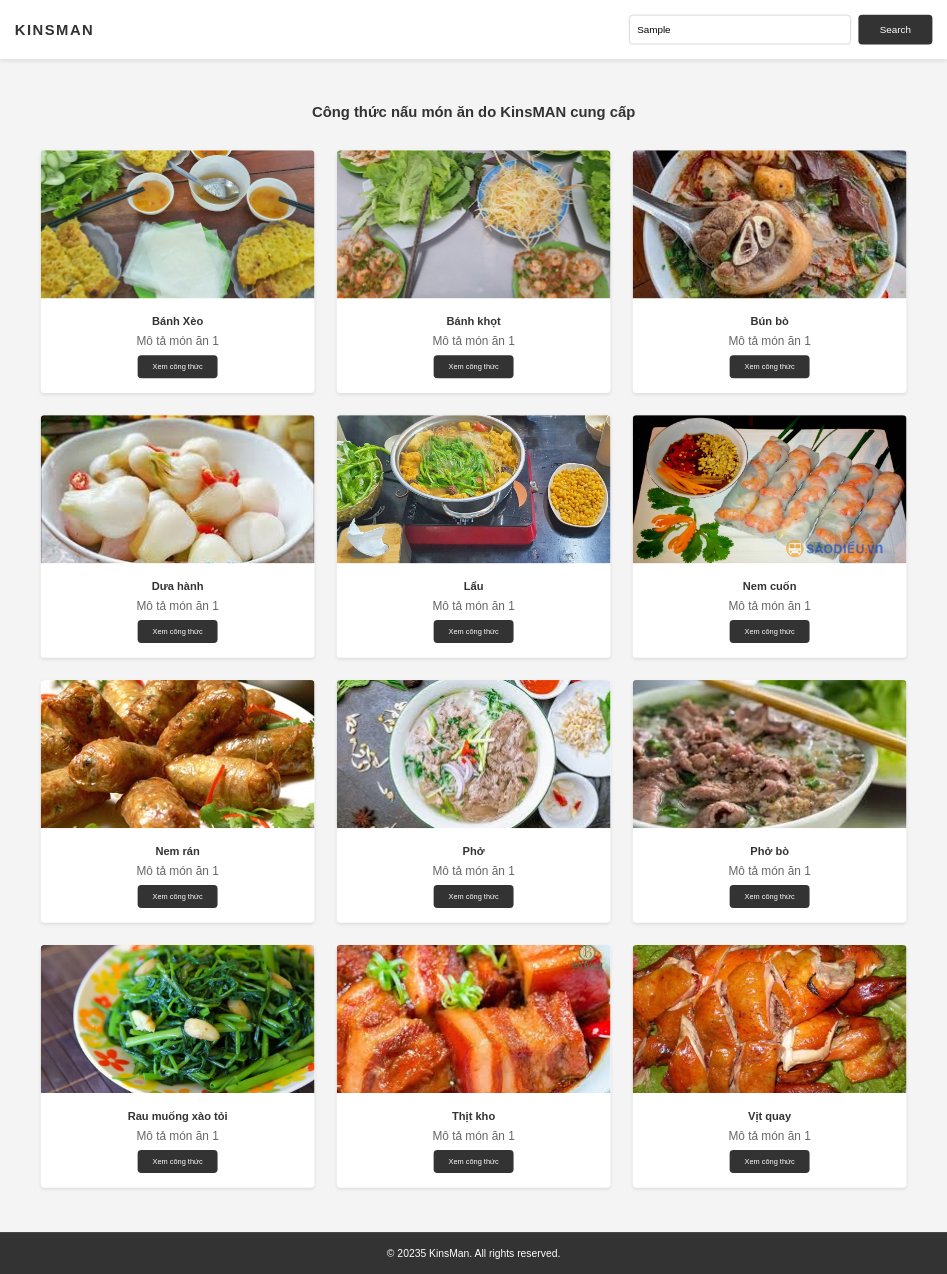
Repository: hoang28092000/how-food
Page: index.html
These files come from the project's save history. The page is drawn as it stood at one moment and after the next save; the edit follows.
The browser window is 1280 px wide. The pictures show the whole page, at 74% of full size.
Empty fields were first filled with sample values (such as "Sample", 5 or name@example.com).
After loading, the first visible `button.btn-search` was clicked once.

Above is the page before, as saved 2025-04-15 00:27:54.
Console error: TypeError: listFood is not iterable

### index.html
<!DOCTYPE html>
<html lang="en">
<head>
    <meta charset="UTF-8">
    <meta name="viewport" content="width=device-width, initial-scale=1.0">
    <link rel="stylesheet" href="./style.css">
    <title>Food VN</title>
</head>
<body>
    <header>
        <div class="container">
            <nav class="nav">
                <h1 class="logo">KINSMAN</h1>
                <form action="" class="search-form">
                    <input type="text" class="search-box" placeholder="Search for food...">
                    <button type="submit" class="btn-search">Search</button>
                </form>
            </nav>
        </div>
    </header>
    <main>
        <div class="container">
            <h2 class="title-page">
                Công thức nấu món ăn do KinsMAN cung cấp
            </h2>
            <div class="list-food">
                <div class="food-item">
                    <img src="./image/banh-xeo.webp" alt="Món ăn 1" class="food-image">
                    <div class="info-card">
                        <h3 class="food-name">Bánh Xèo</h3>
                        <p class="food-description">Mô tả món ăn 1</p>
                        <a class="btn-card">Xem công thức</a>
                    </div>
                </div>
                <div class="food-item">
                    <img src="./image/banh_khot.webp" alt="Món ăn 1" class="food-image">
                    <div class="info-card">
                        <h3 class="food-name">Bánh khọt</h3>
                        <p class="food-description">Mô tả món ăn 1</p>
                        <a class="btn-card">Xem công thức</a>
                    </div>
                </div>
                <div class="food-item">
                    <img src="./image/bunbo.jpg" alt="Món ăn 1" class="food-image">
                    <div class="info-card">
                        <h3 class="food-name">Bún bò</h3>
                        <p class="food-description">Mô tả món ăn 1</p>
                        <a class="btn-card">Xem công thức</a>
                    </div>
                </div>
                <div class="food-item">
                    <img src="./image/duahanh.jpg" alt="Món ăn 1" class="food-image">
                    <div class="info-card">
                        <h3 class="food-name">Dưa hành</h3>
                        <p class="food-description">Mô tả món ăn 1</p>
                        <a class="btn-card">Xem công thức</a>
                    </div>
                </div>
                <div class="food-item">
                    <img src="./image/lau.webp" alt="Món ăn 1" class="food-image">
                    <div class="info-card">
                        <h3 class="food-name">Lẩu</h3>
                        <p class="food-description">Mô tả món ăn 1</p>
                        <a class="btn-card">Xem công thức</a>
                    </div>
                </div>
                <div class="food-item">
                    <img src="./image/nemccuon.jpg" alt="Món ăn 1" class="food-image">
                    <div class="info-card">
                        <h3 class="food-name">Nem cuốn</h3>
                        <p class="food-description">Mô tả món ăn 1</p>
                        <a class="btn-card">Xem công thức</a>
                    </div>
                </div>
                <div class="food-item">
                    <img src="./image/nemran.jpg" alt="Món ăn 1" class="food-image">
                    <div class="info-card">
                        <h3 class="food-name">Nem rán</h3>
                        <p class="food-description">Mô tả món ăn 1</p>
                        <a class="btn-card">Xem công thức</a>
                    </div>
                </div>
                <div class="food-item">
                    <img src="./image/pho.jpg" alt="Món ăn 1" class="food-image">
                    <div class="info-card">
                        <h3 class="food-name">Phở</h3>
                        <p class="food-description">Mô tả món ăn 1</p>
                        <a class="btn-card">Xem công thức</a>
                    </div>
                </div>
                <div class="food-item">
                    <img src="./image/phobo.jpg" alt="Món ăn 1" class="food-image">
                    <div class="info-card">
                        <h3 class="food-name">Phở bò</h3>
                        <p class="food-description">Mô tả món ăn 1</p>
                        <a class="btn-card">Xem công thức</a>
                    </div>
                </div>
                <div class="food-item">
                    <img src="./image/raumuong-xaotoi.webp" alt="Món ăn 1" class="food-image">
                    <div class="info-card">
                        <h3 class="food-name">Rau muống xào tỏi</h3>
                        <p class="food-description">Mô tả món ăn 1</p>
                        <a class="btn-card">Xem công thức</a>
                    </div>
                </div>
                <div class="food-item">
                    <img src="./image/thitkho.jpg" alt="Món ăn 1" class="food-image">
                    <div class="info-card">
                        <h3 class="food-name">Thịt kho</h3>
                        <p class="food-description">Mô tả món ăn 1</p>
                        <a class="btn-card">Xem công thức</a>
                    </div>
                </div>
                <div class="food-item">
                    <img src="./image/vit-quay.jpg" alt="Món ăn 1" class="food-image">
                    <div class="info-card">
                        <h3 class="food-name">Vịt quay</h3>
                        <p class="food-description">Mô tả món ăn 1</p>
                        <a class="btn-card">Xem công thức</a>
                    </div>
                </div>

            </div>
        </div>
    </main>

    <footer>
        <div class="container">
            <p>&copy; 20235 KinsMan. All rights reserved.</p>
        </div>
    </footer>


    <script src="./script.js"></script>
</body>
</html>

### style.css
*{
    padding: 0;
    margin: 0;
    box-sizing: border-box;
}
.hidden{
    display: none;
}
.show{
    box-shadow: 0 2px 5px rgba(0, 0, 0, 0.1);
}
html{
    font-size: 62.5%;
    scroll-behavior: smooth;
}
.container{
    max-width: calc(100% - 48px);
    width: 1170px;
    margin: 0 auto;
}
body{
    font-family: 'Poppins', sans-serif;
    background-color: #f4f4f4;
}
/* header */
nav{
    display: flex;
    justify-content: space-between;
    align-items: center;
    padding: 20px;
    background-color: #fff;
    box-shadow: 0 2px 5px rgba(0, 0, 0, 0.1);
    position: fixed;
    width: 100%;
    top: 0;
    left: 0;
    z-index: 1000;
}
nav .logo{
    font-size: 2rem;
    font-weight: bold;
    color: #333;
    letter-spacing: 2px;
}
nav .search-form{
    display: flex;
    width: 50%;
    align-items: center;
    justify-content: flex-end;
}
.search-box{
    width: 300px;
    height: 40px;
    padding-left: 10px;
    border: 1px solid #ccc;
    border-radius: 5px;
    outline: none;
}
.btn-search{
    width: 100px;
    height: 40px;
    background-color: #333;
    color: #fff;
    border: none;
    border-radius: 5px;
    cursor: pointer;
    margin-left: 10px;
    transition: background-color 0.2s ease-in-out;
}
.btn-search:hover{
    background-color: #555;
}
/* main */
main{
    margin-top: 80px;
}
.title-page{
    padding-top: 60px;
    text-align: center;
    font-size: 2rem;
    font-weight: bold;
    color: #333;

}
.list-food{
    display: grid;
    grid-template-columns: repeat(auto-fill, minmax(300px, 1fr));
    gap: 30px;
    margin-top: 40px;
}
.food-item{
    background-color: #fff;
    border-radius: 5px;
    box-shadow: 0 2px 5px rgba(0, 0, 0, 0.1);
    overflow: hidden;
    transition: transform 0.2s ease-in-out;
}
.food-item:hover{
    transform: scale(1.05);
    cursor: pointer;
}
.food-item img{
    width: 100%;
    height: 200px;
    object-fit: cover;
}
.info-card{
    padding: 20px 20px 30px;
    text-align: center;
}
.food-item h3{
    font-size: 1.5rem;
    font-weight: bold;
    color: #333;
    margin-bottom: 10px;
}
.food-item p{
    font-size: 1.6rem;
    color: #666;
    margin-bottom: 20px;
}
.food-item .btn-card{
    background-color: #333;
    color: #fff;
    border: none;
    border-radius: 5px;
    padding: 10px 20px;
    cursor: pointer;
    transition: background-color 0.2s ease-in-out;
}
.food-item .btn-card:hover{
    background-color: #555;
}
/* footer */
footer{
    background-color: #333;
    color: #fff;
    padding: 20px 0;
    text-align: center;
    position: relative;
    bottom: 0;
    width: 100%;
    margin-top: 60px;
}
footer p{
    font-size: 1.4rem;
    color: #fff;
    margin: 0;
}

/* responsive */
@media (max-width: 768px) {
    nav {
        flex-direction: column;
        align-items: center;
        gap: 20px;
    }
    .search-box{
        width: 80%;
    }
    .btn-search{
        width: 20%;
    }
    .list-food{
        grid-template-columns: repeat(auto-fill, minmax(200px, 1fr));
    }
}

### script.js
const searchForm = document.querySelector(".search-form");
const searchInput = document.querySelector(".search-box");
const searchButton = document.querySelector(".btn-search");
const listFood = document.querySelector(".list-food");

const message = document.createElement("p");
message.textContent = "Không tìm thấy công thức nào!";
message.style.color = "red";
message.style.fontSize = "20px";
message.style.display = "none";
message.style.textAlign = "center";
document.body.appendChild(message);

searchButton.addEventListener("click", (e )=> {
    e.preventDefault();
    const query = searchInput.value.trim();
    let foundAny = false;

    for(let group of listFood){
        let foundInGroup = false;
        const products = group.querySelectorAll(".food-item");

        for(let product of products){
            const name = product.querySelector(".food-name").textContent.toLowerCase();
            if(name.includes(query)){
                product.classList.remove("hidden");
                product.classList.add("show");
                foundInGroup = true;
                foundAny = true;
            }else{
                product.classList.add("show");
                product.classList.remove("hidden");
            }
        }
        group.style.display = foundInGroup ? "block" : "none";
    }
    message.style.display = foundAny ? "none" : "block";
});

After the next save:
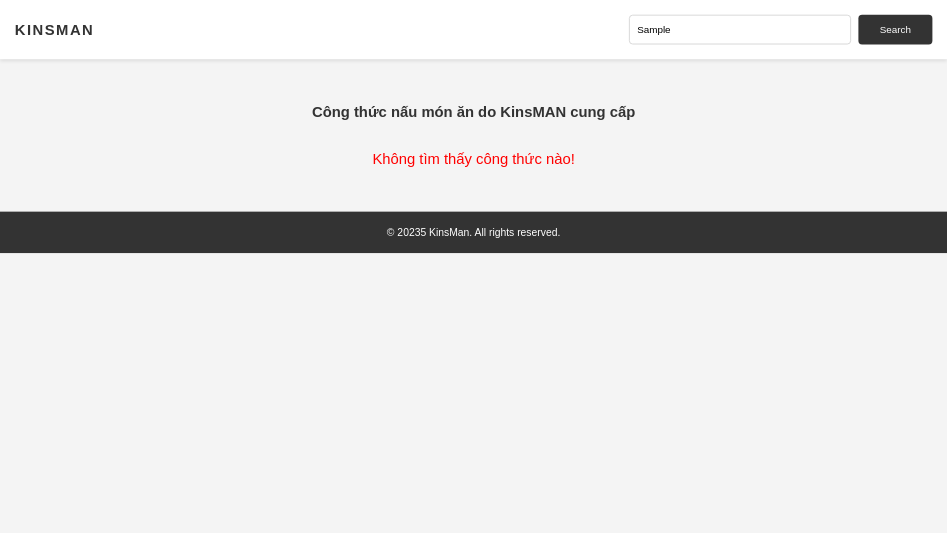
The error is gone.
Saved 48 s later.
--- a/script.js
+++ b/script.js
@@ -1,7 +1,7 @@
 const searchForm = document.querySelector(".search-form");
 const searchInput = document.querySelector(".search-box");
 const searchButton = document.querySelector(".btn-search");
-const listFood = document.querySelector(".list-food");
+const foodItems = document.querySelectorAll(".food-item");
 
 const message = document.createElement("p");
 message.textContent = "Không tìm thấy công thức nào!";
@@ -9,30 +9,23 @@ message.style.color = "red";
 message.style.fontSize = "20px";
 message.style.display = "none";
 message.style.textAlign = "center";
-document.body.appendChild(message);
+document.querySelector("main").appendChild(message); // Gắn vào main cho hợp lý
 
-searchButton.addEventListener("click", (e )=> {
-    e.preventDefault();
-    const query = searchInput.value.trim();
+searchButton.addEventListener("click", (e) => {
+    e.preventDefault(); // Chặn reload khi bấm Search
+
+    const query = searchInput.value.trim().toLowerCase();
     let foundAny = false;
 
-    for(let group of listFood){
-        let foundInGroup = false;
-        const products = group.querySelectorAll(".food-item");
+    for (let item of foodItems) {
+        const name = item.querySelector(".food-name").textContent.toLowerCase();
+        if (name.includes(query)) {
+            item.style.display = "block";
+            foundAny = true;
+        } else {
+            item.style.display = "none";
+        }
+    }
 
-        for(let product of products){
-            const name = product.querySelector(".food-name").textContent.toLowerCase();
-            if(name.includes(query)){
-                product.classList.remove("hidden");
-                product.classList.add("show");
-                foundInGroup = true;
-                foundAny = true;
-            }else{
-                product.classList.add("show");
-                product.classList.remove("hidden");
-            }
-        }
-        group.style.display = foundInGroup ? "block" : "none";
-    }
     message.style.display = foundAny ? "none" : "block";
 });
